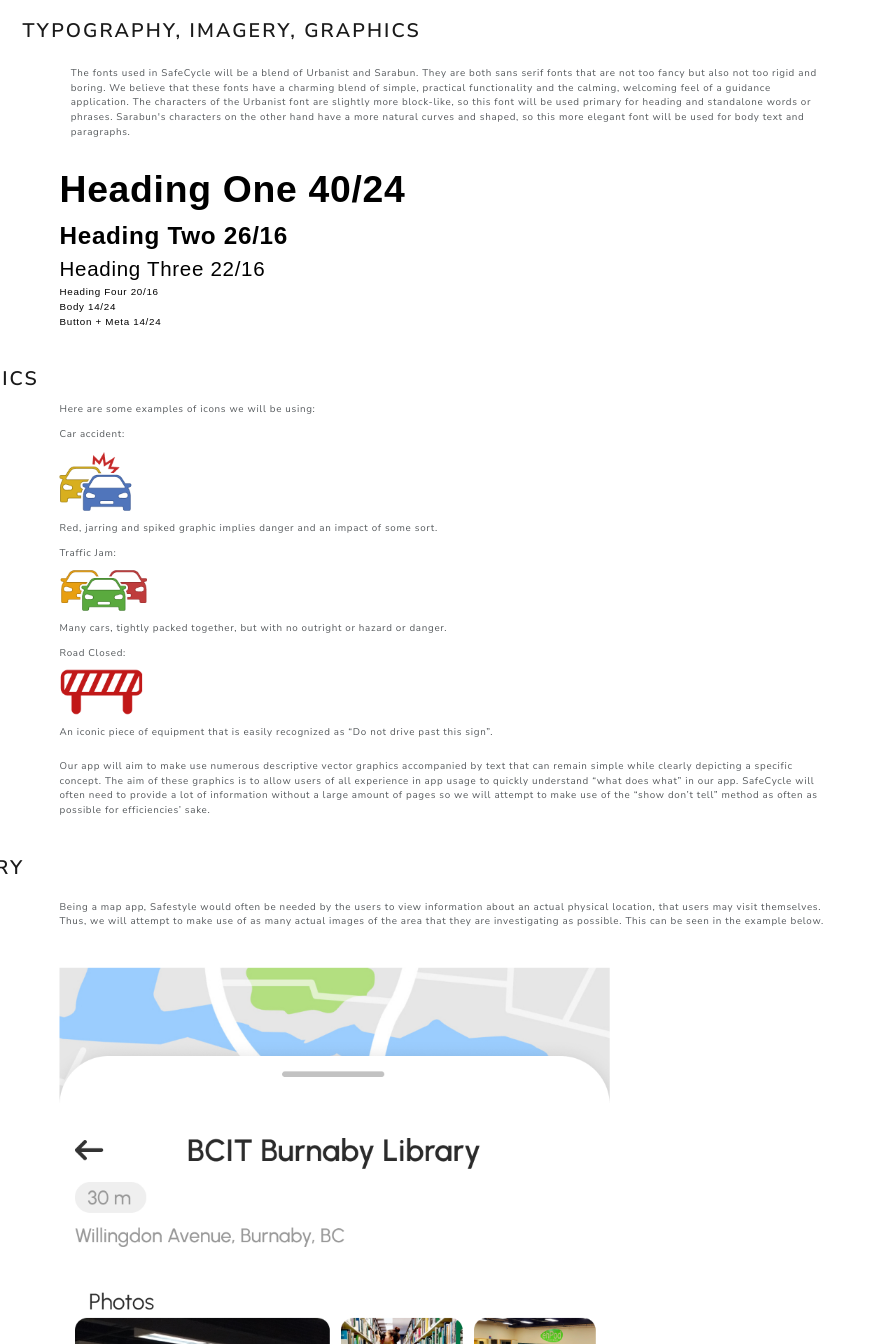
Repository: Aladdin3r/safecycle-styleguide
Page: /
The author's editor kept a copy of each file at every save. The page is drawn from the files as they stood at one save, then again after the next save.
The browser window is 1280 px wide. The pictures show the part of the page from y = 2491 to 4411 px (the page is 5708 px tall before and 5729 px after), at 70% of full size.
The project was rebuilt for these pictures with package versions that can differ from the ones it lists, and the page was loaded fresh each time. The framework's server and built-in components were replaced by stand-ins that run in the browser. Also part of the build but not shown: next.config.mjs.

Above is the page before, as saved 2024-04-09 22:43:40.

After the next save:
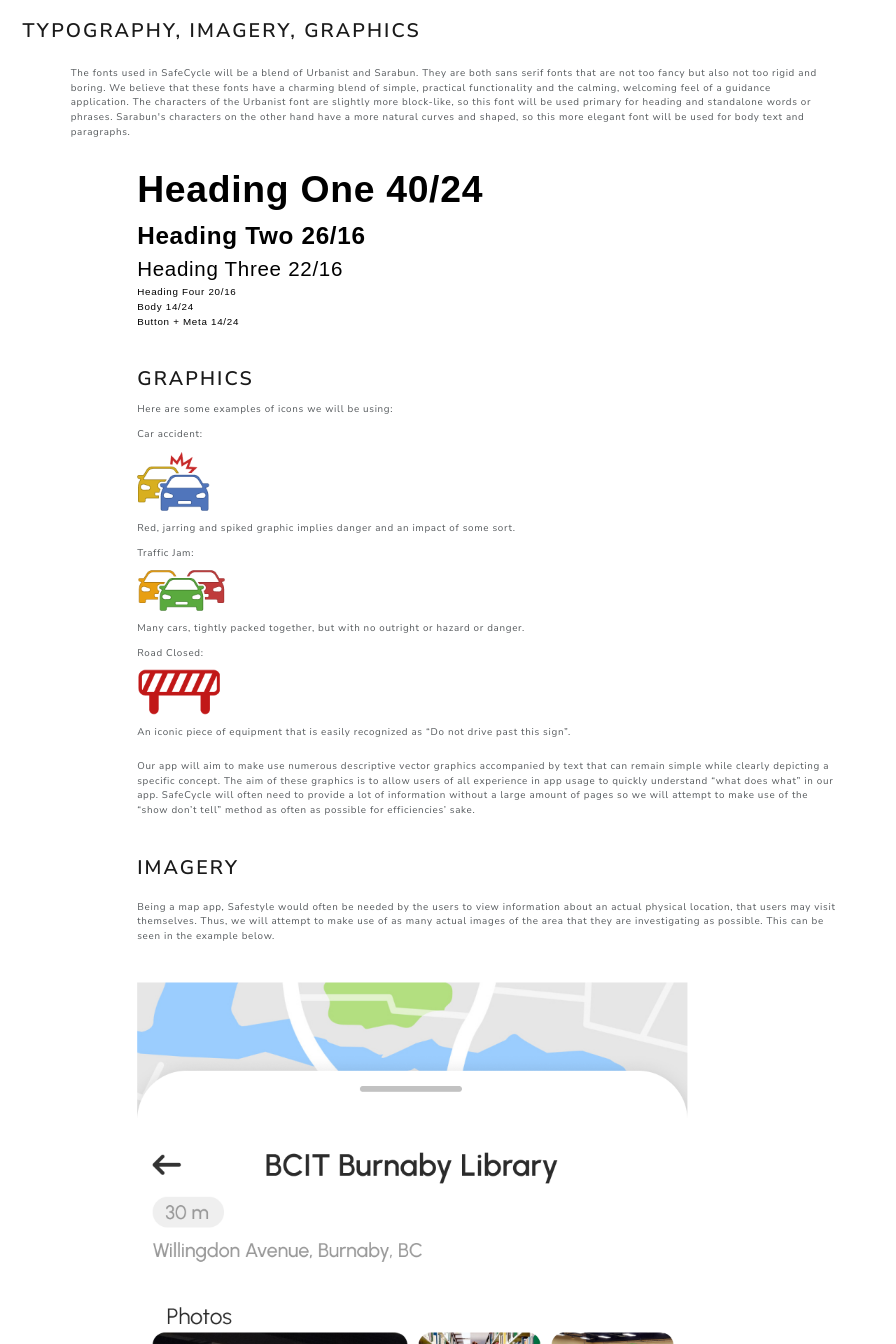
Saved 115 s later.
--- a/styles/Home.module.css
+++ b/styles/Home.module.css
@@ -12,6 +12,7 @@
 
 .typo_desc{
   /* margin-left: -14.5em; */
+  margin-left: 10%;
 
 }
 .h1Typo {
@@ -21,6 +22,7 @@
   font-weight: 900;
   color: black;
   /* margin-left: -4em; */
+  margin-left: 10%;
 }
 .h2Typo {
   font-family: "Urbanist", sans-serif;
@@ -29,6 +31,7 @@
   font-weight: 600;
   color: black;
   /* margin-left: -6em; */
+  margin-left: 10%;
 }
 .h3Typo {
   font-family: "Urbanist", sans-serif;
@@ -37,6 +40,7 @@
   font-weight: 500;
   color: black;
   /* margin-left: -7em; */
+  margin-left: 10%;
 }
 .h4Typo {
   font-family: "Urbanist", sans-serif;
@@ -45,6 +49,7 @@
   font-weight: 500;
   color: black;
   /* margin-left: -14.5em; */
+  margin-left: 10%;
 }
 
 .BodyTypo {
@@ -54,6 +59,7 @@
   color: black;
   font-size: 18;
   /* margin-left: -14.5em; */
+  margin-left: 10%;
 }
 .ButtonMetaTypo {
   font-family: "Sarabun", sans-serif;
@@ -62,43 +68,52 @@
   color: black;
   font-size: 18;
   /* margin-left: -14.5em; */
+  margin-left: 10%;
 }
 .graphicTitle{
   margin-top: 2em;
-  margin-left: -7em;
+  /* margin-left: -7em; */
+  margin-left: 10%;
 }
 .carCrash{
   margin-top: 1em;
   /* margin-left: -14em; */
+  margin-left: 10%;
 }
 
 .graphicDesc{
   margin-top: 1em;
   /* margin-left: -14em; */
+  margin-left: 10%;
 }
 
 .graphicName{
   margin-top: 1em;
   /* margin-left: -14em; */
+  margin-left: 10%;
 }
 
 .graphicExpl{
   margin-top: 2em;
   margin-bottom: 2em;
   /* margin-left: -14em; */
+  margin-left: 10%;
 }
 
 .traffic{
   margin-top: 1em;
   /* margin-left: -14em; */
+  margin-left: 10%;
 }
 
 .RoadClosed{
   margin-top: 1em;
   /* margin-left: -14em; */
+  margin-left: 10%;
 }
 
 .locationPage{
   margin-top: 2em;
     /* margin-left: -14em; */
+    margin-left: 10%;
 }
